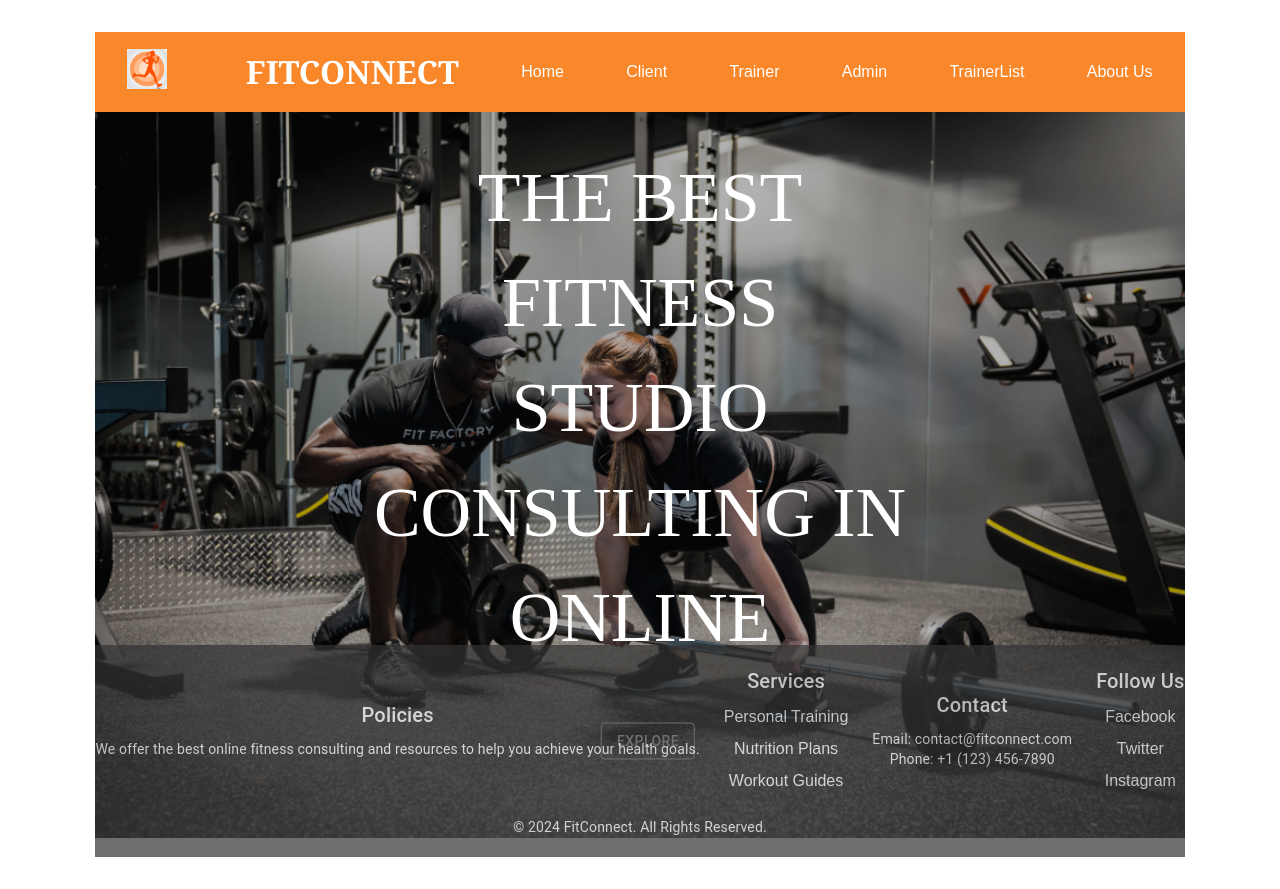
Repository: sarathraj2002/fitconnect
Page: / (app in Frontend/)
These files come from the project's save history. The page is drawn as it stood at one moment and after the next save; the edit follows.
The browser window is 1280 px wide. The pictures show the whole page.
The project was rebuilt for these pictures with package versions that can differ from the ones it lists, and the page was loaded fresh each time. Also part of the build but not shown: Frontend/vite.config.js, Frontend/src/components/ClientPage.jsx, Frontend/src/components/TrainerPage.jsx, Frontend/src/components/AdminPage.css, Frontend/src/components/AdminPage.jsx, Frontend/src/components/TrainerListPage.jsx, Frontend/src/components/AboutUs.jsx, Frontend/src/components/ClientRegister.css and 5 more.

Above is the page before, as saved 2024-11-17 22:41:21.

### Frontend/index.html
<!doctype html>
<html lang="en">
  <head>
    <meta charset="UTF-8" />
    <link rel="icon" type="image/svg+xml" href="/vite.svg" />
    <meta name="viewport" content="width=device-width, initial-scale=1.0" />
    <title>FitConnect</title>
  </head>
  <body>
    <div id="root"></div>
    <script type="module" src="/src/main.jsx"></script>
  </body>
</html>

### Frontend/src/App.jsx
import React from 'react';
import { useState } from 'react'
import './App.css'
import { Route, Routes } from 'react-router-dom';
import NavBar from './components/NavBar';
import ClientPage from './components/ClientPage.jsx';
import TrainerPage from './components/TrainerPage';
import AdminPage from './components/AdminPage';
import TrainerListPage from './components/TrainerListPage';
import AboutUs from './components/AboutUs.jsx';
import Home from './components/Home.jsx';
import ClientRegister from './components/ClientRegister.jsx';
import Blog from './components/Blog.jsx';
import TrainerRegister from './components/TrainerRegister.jsx';
import TrainerProfile from './components/TrainerProfile.jsx';

function App() {
  const [count, setCount] = useState(0)

  return (
    <>


      <NavBar />
      <Routes>
        <Route path="/" element={<Home />}></Route>
        <Route path="/client" element={<ClientPage />}></Route>
        <Route path="/trainer" element={<TrainerPage />} ></Route>
        <Route path="/admin" element={<AdminPage />}></Route>
        <Route path="/trainerlist" element={<TrainerListPage />}></Route>
        <Route path="/about" element={<AboutUs />}></Route>
        <Route path="/register" element={<ClientRegister />}></Route>
        <Route path="/trainerregister" element={<TrainerRegister />}></Route>
        <Route path="/blog" element={<Blog/>}></Route>
        <Route path="/profile" element={<TrainerProfile />}></Route>

      </Routes>



    </>
  )
}

export default App

### Frontend/src/components/Navbar.jsx
import React from 'react';
import { Link } from 'react-router-dom';
import './navbar.css';
import { assets } from '../assets/assets';
const Navbar = () => {
  return (
     <nav className="navbar">
    {/* Logo */}
    <div className="navbar-logo">
      <img src={assets.logo} alt="Logo" />
    </div>
    <div className='head'>
     <b> FITCONNECT</b>
    </div>


        <Link to="/" style={{textDecoration:'none',color:'white'}}>Home</Link>
        <Link to="/client" style={{textDecoration:'none',color:'white'}}>Client</Link>
        <Link to="/trainer" style={{textDecoration:'none',color:'white'}}>Trainer</Link>
        <Link to="/admin" style={{textDecoration:'none',color:'white'}}>Admin</Link>
        <Link to="/trainerlist" style={{textDecoration:'none',color:'white'}}>TrainerList</Link>
        <Link to="/about" style={{textDecoration:'none',color:'white'}}>About Us</Link>

    </nav>
  );
};

export default Navbar;

### Frontend/src/components/Home.jsx
import React from 'react'
import { assets } from '../assets/assets'
import Button from '@mui/material/Button';
import { Stack } from '@mui/material';
import { Link, useNavigate } from 'react-router-dom';
import Footer from './Footer';

const Home = () => {

  const navigate=useNavigate()

  return (

    <>

    <div className='img' style={{ position: 'relative', textAlign: 'center' }}>

    <img
      style={{  width: '100%',filter: 'brightness(70%)' }}
      src={assets.head1}
      alt=""
    />
    <p
      style={{
        position: 'absolute',
        top: '50%',
        left: '50%',
        transform: 'translate(-50%, -50%)',
        color: 'white',
        fontSize: '70px',

        fontFamily:'fantasy'
      }}
    >
      THE BEST FITNESS STUDIO CONSULTING IN ONLINE
      <Stack spacing={2} direction="row" alignItems="center"
      justifyContent="center"
      style={{ height: '20vh' }} >

      <Link to="/blog" style={{ textDecoration: 'none' }}></Link>
      <Button onClick={()=>navigate('/blog')} variant="outlined" sx={{ color: 'white', borderColor: 'white' }}>EXPLORE </Button>
    </Stack>

    </p>




    </div>
    <Footer />
    </>
  )
}

export default Home;

### Frontend/src/components/Navbar.css
* {
  margin: 0;
  padding: 0;
  box-sizing: border-box;
}

body {
  font-family: Arial, sans-serif;
}

.navbar {
  display: flex;
  align-items: center;
  justify-content: space-between;
  background-color: #fa8729;
  padding: 1rem 2rem;
  color: white;
  width: 100%;
}

.navbar-logo img {
  height: 40px;
  width: auto;
}

.head {
  font-size: xx-large;
  font-family: Georgia, 'Times New Roman', Times, serif;
  color: white;
  margin-left: 1rem;
}

.navbar-links {
  display: flex;
  gap: 1.5rem;
  list-style: none;
  margin-left: auto; /* Align links to the right */
}

.navbar-links a {
  text-decoration: none;
  color: white;
  font-size: 1rem;
  transition: color 0.3s ease;
}

.navbar-links a:hover {
  color: #ec7819;
}

.navbar-toggle {
  display: none;
  font-size: 1.5rem;
  color: white;
  cursor: pointer;
}

/* Mobile view adjustments */
@media (max-width: 768px) {
  .navbar {
      flex-direction: column;
      align-items: flex-start;
  }

  .navbar-links {
      display: none;
      flex-direction: column;
      width: 100%;
      background-color: #fa8729;
      position: absolute;
      top: 100%;
      left: 0;
      padding: 1rem 2rem;
      border-radius: 0;
  }

  .navbar-links.open {
      display: flex;
  }

  .navbar-toggle {
      display: block;
  }

  .head {
      margin-left: 0;
      margin-bottom: 1rem;
  }
}

### Frontend/src/assets/assets.js
import logo from './logo.png';
import head1 from './head1.png'

export const assets={
    logo,
    head1
};

### Frontend/src/components/Footer.jsx

import React from 'react';
import { Box, Typography, Link, Stack } from '@mui/material';

const Footer = () => {
  return (
    <Box
      component="footer"
      sx={{
        backgroundColor: '#333',
        opacity:'70%',
        color: 'white',
        padding: '20px 0',
        textAlign: 'center',
        mt: -25
      }}
    >
      <Stack
        direction={{ xs: 'column' ,sm:'row' }}
        spacing={3}
        justifyContent="center"
        alignItems="center"
      >

        <Box>
          <Typography variant="h6">Policies</Typography>
          <Typography variant="body2" sx={{ mt: 1 }}>
            We offer the best online fitness consulting and resources to help you achieve your health goals.
          </Typography>
        </Box>


        <Box>
          <Typography variant="h6">Services</Typography>
          <Link href="/services" color="inherit" underline="none" sx={{ display: 'block', mt: 1 }}>
            Personal Training
          </Link>
          <Link href="/services" color="inherit" underline="none" sx={{ display: 'block', mt: 1 }}>
            Nutrition Plans
          </Link>
          <Link href="/services" color="inherit" underline="none" sx={{ display: 'block', mt: 1 }}>
            Workout Guides
          </Link>
        </Box>


        <Box>
          <Typography variant="h6">Contact</Typography>
          <Typography variant="body2" sx={{ mt: 1 }}>Email: contact@fitconnect.com</Typography>
          <Typography variant="body2">Phone: +1 (123) 456-7890</Typography>
        </Box>


        <Box>
          <Typography variant="h6">Follow Us</Typography>
          <Link href="https://facebook.com" color="inherit" underline="none" sx={{ display: 'block', mt: 1 }}>
            Facebook
          </Link>
          <Link href="https://twitter.com" color="inherit" underline="none" sx={{ display: 'block', mt: 1 }}>
            Twitter
          </Link>
          <Link href="https://instagram.com" color="inherit" underline="none" sx={{ display: 'block', mt: 1 }}>
            Instagram
          </Link>
        </Box>
      </Stack>


      <Typography variant="body2" sx={{ mt: 3 }}>
        &copy; {new Date().getFullYear()} FitConnect. All Rights Reserved.
      </Typography>
    </Box>
  );
};

export default Footer;

Loaded but not shown: Frontend/src/main.jsx (common file); Frontend/src/index.css (common file); Frontend/src/App.css (common file)

After the next save:
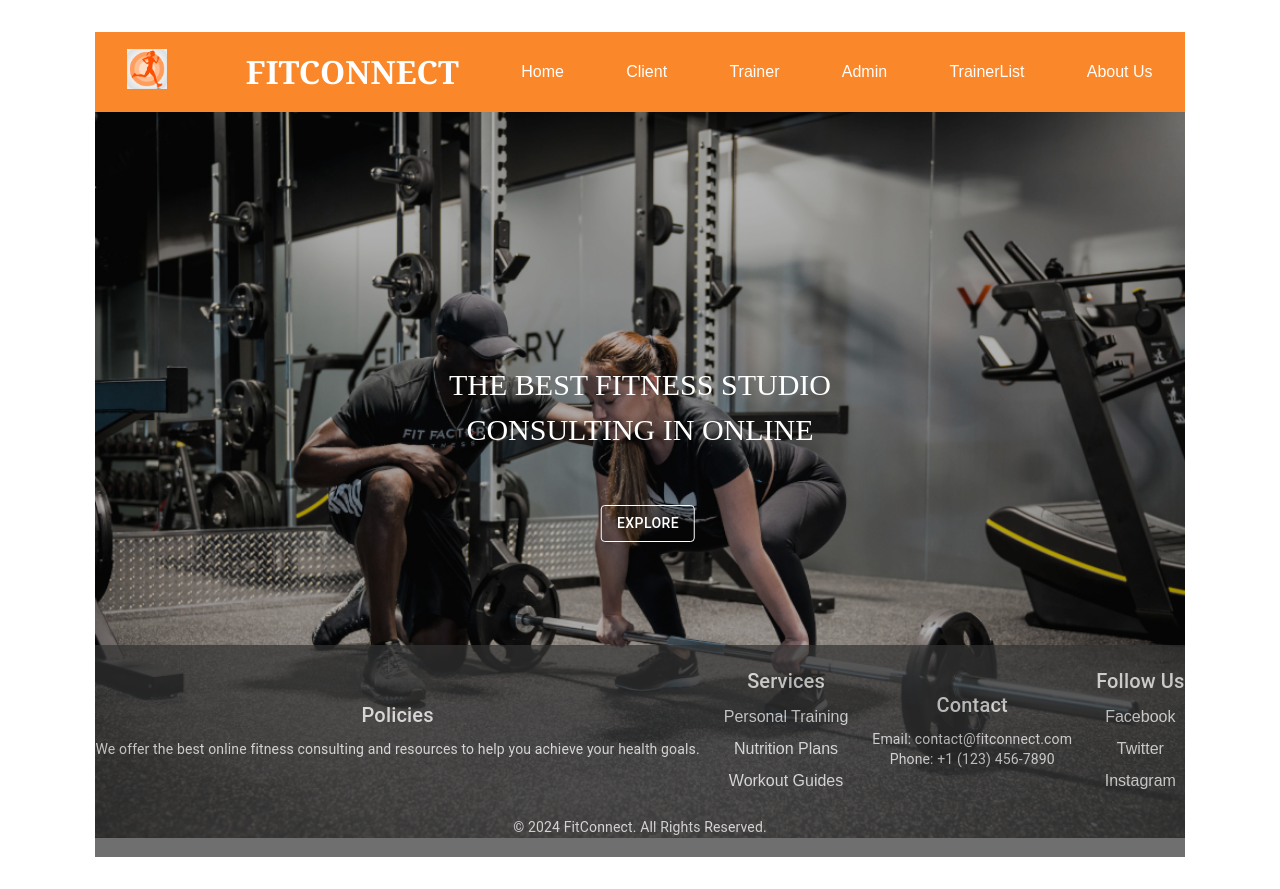
Saved 14 s later.
--- a/Frontend/src/components/Home.jsx
+++ b/Frontend/src/components/Home.jsx
@@ -27,7 +27,7 @@ const Home = () => {
         left: '50%',
         transform: 'translate(-50%, -50%)',
         color: 'white',
-        fontSize: '70px',
+        fontSize: '30px',
 
         fontFamily:'fantasy'
       }}
